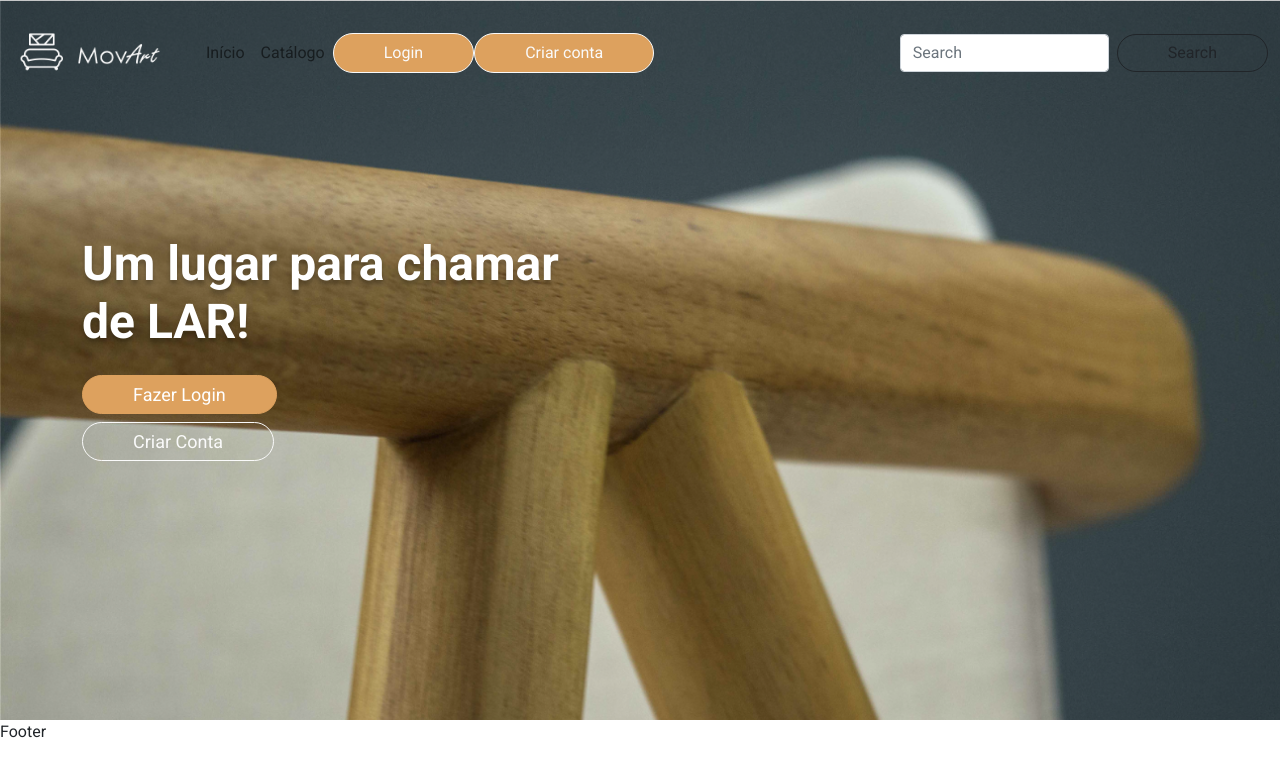
Repository: telesbp/Projeto-4-e-Projeto-5
Page: / (app in front-end/)
The author's editor kept a copy of each file at every save. The page is drawn from the files as they stood at one save, then again after the next save.
The browser window is 1280 px wide. The pictures show the whole page.
The project was rebuilt for these pictures with package versions that can differ from the ones it lists, and the page was loaded fresh each time.

Above is the page before, as saved 2022-07-17 17:27:08.

After the next save:
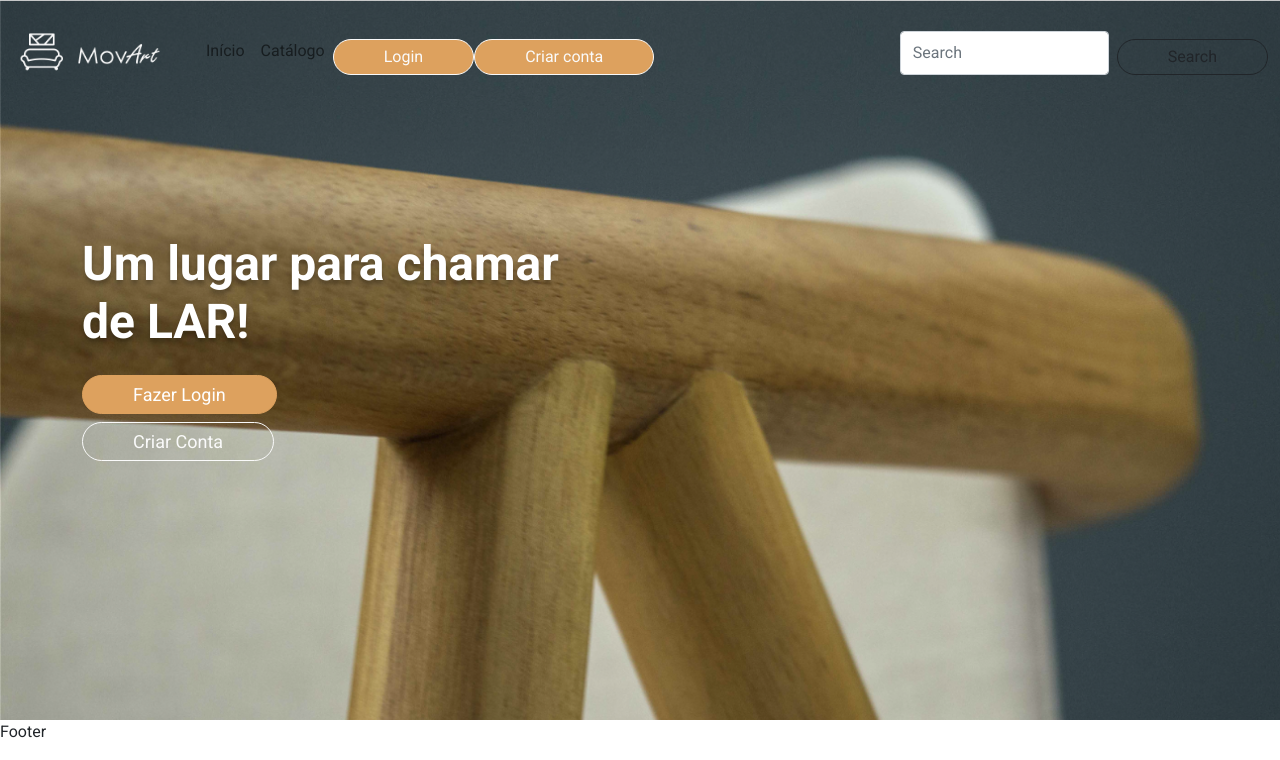
Saved 48 s later.
--- a/front-end/src/components/Layout/Header.tsx
+++ b/front-end/src/components/Layout/Header.tsx
@@ -14,9 +14,9 @@ export function Header() {
         <NavBarCollapseStyled id="basic-navbar-nav">
           <Nav className="me-auto">
             <Nav.Link href="#home" className="justify-contend-center text-center">Início</Nav.Link>
-            <Nav.Link href="#link">Catálogo</Nav.Link>
-            <CustomButton>Login</CustomButton>
-            <CustomButton>Criar conta</CustomButton>
+            <Nav.Link href="#link" className="justify-contend-center text-center">Catálogo</Nav.Link>
+            <CustomButton className="mt-2" >Login</CustomButton>
+            <CustomButton className="mt-2" >Criar conta</CustomButton>
         </Nav>
             <Form className="d-flex">
               <Form.Control
@@ -25,7 +25,7 @@ export function Header() {
                 className="me-2"
                 aria-label="Search"
               />
-              <CustomButton variant="outline-dark">Search</CustomButton>
+              <CustomButton variant="outline-dark" className="mt-2">Search</CustomButton>
             </Form>
           </NavBarCollapseStyled>
         </Container>
